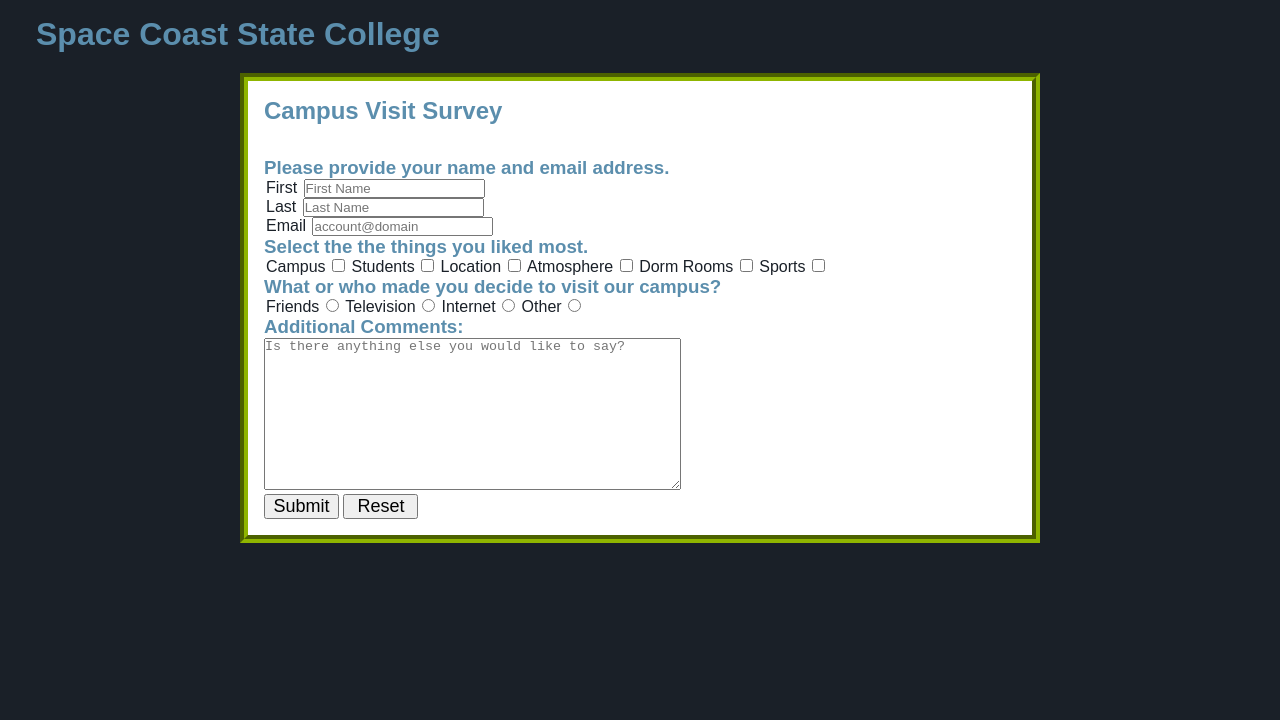
Repository: mlmEFSC21/P2-University-Form
Page: index.html
These files come from the project's save history. The page is drawn as it stood at one moment and after the next save; the edit follows.
The browser window is 1280 px wide. The pictures show the whole page.
Some web fonts or font styles are not loaded; a fallback is used.

Above is the page before, as saved 2022-01-29 19:55:13.

### index.html
<!DOCTYPE html>
<html lang="en">
    <head>
        <meta charset="UTF-8" />
        <meta http-equiv="X-UA-Compatible" content="IE=edge" />
        <meta name="viewport" content="width=device-width, initial-scale=1.0" />
        <title>University Form</title>
        <link rel="stylesheet" href="uniFormStyles.css" />
    </head>
    <body>
        <header>
            <h1>Space Coast State College</h1>
        </header>
        <main>
            <section class="flex">
                <h2>Campus Visit Survey</h2>
                <!-- REMEMBER TO CHANGE THIS TO A POST TO DEITEL!!!!!!!!!!-->
                <form action="results.html" method="GET">
                    <article class="info">
                        <h3>Please provide your name and email address.</h3>
                        <div>
                            <label for="fname">First</label>
                            <input
                                type="text"
                                id="fname"
                                name="fname"
                                required
                                placeholder="First Name"
                            />
                        </div>
                        <div>
                            <label for="lname">Last</label>
                            <input
                                type="text"
                                id="lname"
                                name="lname"
                                required
                                placeholder="Last Name"
                            />
                        </div>
                        <div>
                            <label for="email">Email</label>
                            <input
                                type="email"
                                id="email"
                                name="email"
                                required
                                placeholder="account@domain"
                            />
                        </div>
                    </article>
                    <article class="favFeatures">
                        <h3>Select the the things you liked most.</h3>
                        <label for="campus">Campus</label>
                        <input type="checkbox" id="campus" name="campus" />
                        <label for="students">Students</label>
                        <input type="checkbox" id="students" name="students" />
                        <label for="location">Location</label>
                        <input type="checkbox" id="location" name="location" />
                        <label for="atmosphere">Atmosphere</label>
                        <input
                            type="checkbox"
                            id="atmosphere"
                            name="atmosphere"
                        />
                        <label for="dorms">Dorm Rooms</label>
                        <input type="checkbox" id="dorms" name="dorms" />
                        <label for="sports">Sports</label>
                        <input type="checkbox" id="sports" name="sports" />
                    </article>
                    <article class="recommend">
                        <h3>
                            What or who made you decide to visit our campus?
                        </h3>
                        <label for="friends">Friends</label>
                        <input
                            type="radio"
                            id="friends"
                            name="referred"
                            required
                        />
                        <label for="television">Television</label>
                        <input type="radio" id="television" name="referred" />
                        <label for="internet">Internet</label>
                        <input type="radio" id="internet" name="referred" />
                        <label for="other">Other</label>
                        <input type="radio" id="other" name="referred" />
                    </article>
                    <article>
                        <h3>Additional Comments:</h3>
                        <textarea
                            name="comments"
                            placeholder="Is there anything else you would like to say?"
                            rows="10"
                            cols="50"
                        ></textarea>
                    </article>
                    <button type="submit" class="submit">Submit</button>
                    <button type="reset" class="reset">Reset</button>
                </form>
            </section>
        </main>
    </body>
</html>

### uniFormStyles.css
@import url("https://fonts.googleapis.com/css2?family=Spectral:wght@400&display=swap");

:root {
    --clr-prime: #003c5e;
    --clr-second: #1a2028;
    --clr-accent: #8fb500;
    --clr-font-prime: #5b8ead;
    --clr-font-second: black;
}

*,
*::before,
*::after {
    margin: 0;
    padding: 0;
    box-sizing: border-box;
}
body {
    margin: 0 1.25em;
    padding: 1em;
    background-color: var(--clr-second);
    font-family: "Spectral", sans-serif;
    color: var(--clr-font-prime);
}
header {
    color: var(--clr-font-prime);
    margin-bottom: 1.25em;
}
.flex {
    display: flex;
    flex-direction: column;
    max-width: 800px;
    border: 8px groove var(--clr-accent);
    background-color: white;
    gap: 2rem;
    margin: auto;
    padding: 1rem;
}
input {
    accent-color: var(--clr-accent);
}
label {
    color: var(--clr-second);
    padding: 2px;
}
button {
    width: 75px;
    font-size: large;
    cursor: pointer;
}

After the next save:
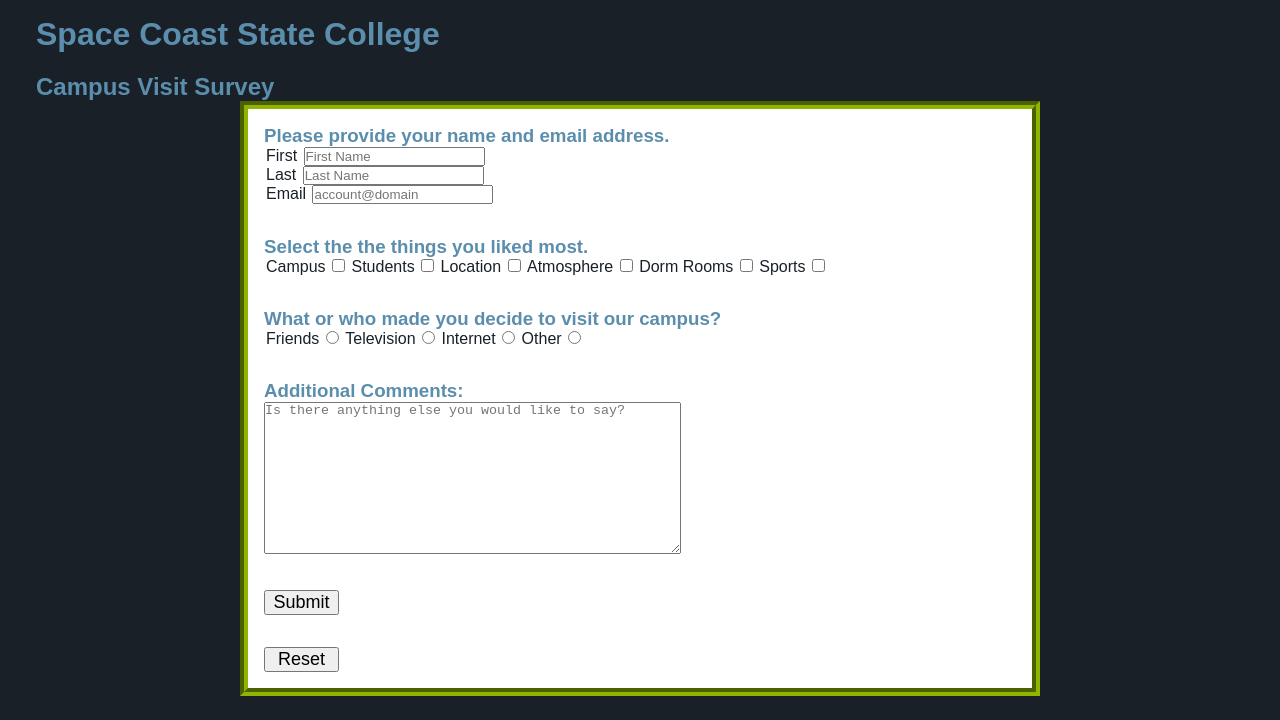
Saved 116 s later.
--- a/uniFormStyles.css
+++ b/uniFormStyles.css
@@ -26,7 +26,7 @@ header {
     color: var(--clr-font-prime);
     margin-bottom: 1.25em;
 }
-.flex {
+form {
     display: flex;
     flex-direction: column;
     max-width: 800px;
